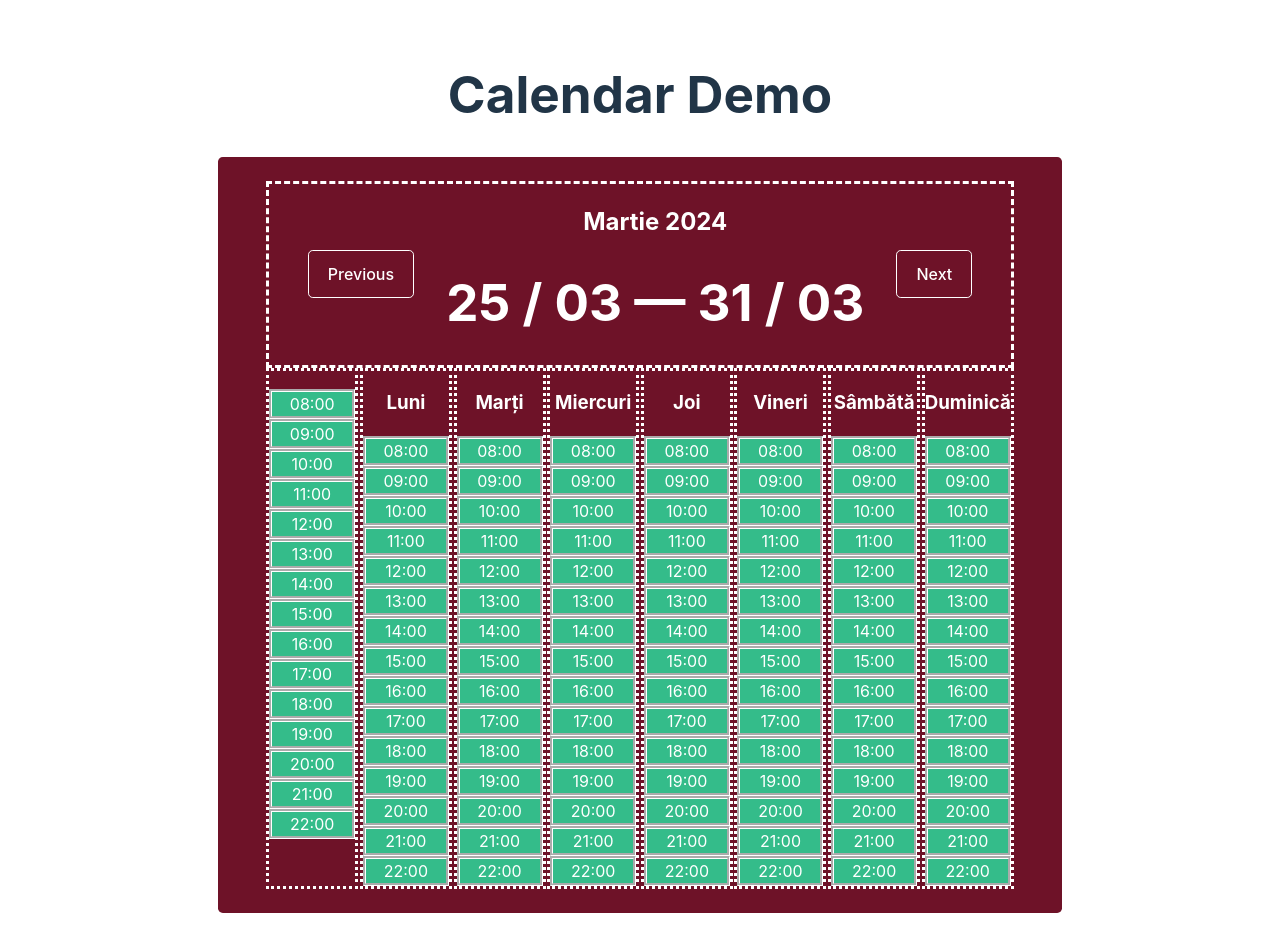
Repository: Maryie-B/weekly-calendar-scheduler
Page: /
The author's editor kept a copy of each file at every save. The page is drawn from the files as they stood at one save, then again after the next save.
The browser window is 1280 px wide. The pictures show the whole page.
The project was rebuilt for these pictures with package versions that can differ from the ones it lists, and the page was loaded fresh each time. Also part of the build but not shown: vite.config.js.

Above is the page before, as saved 2024-03-26 15:47:24.

### src/App.jsx
import './App.css'
import CalendarHeader from './CalendarHeader'
import CalendarDays from './CalendarDays'

function App() {

  return (
    <>
      <h1>Calendar Demo</h1>
      <div className='calendar-wrapper'>

        <CalendarHeader />
        <CalendarDays />
      </div>
    </>
  )
}

export default App

### src/App.css
#root {
  max-width: 1280px;
  margin: 0 auto;
  padding: 2rem;
  text-align: center;
}

.calendar-wrapper {
  background-color: rgb(110, 18, 40);
  color: white;
  padding: 1.5rem 3rem;
  border-radius: 0.3rem;
}

.calendar-header {
  display: flex;
  flex-direction: row;
  border-color: white;
  border-style: dashed;
  align-items: center;
  justify-content: center;
}


.calendar-button {
  background-color: rgba(0, 0, 0, 0);
  height: 3rem;
  align-items: center;
  justify-content: center;
  border-color: white;
  border-radius: 0.3rem;
  color: white;
  font-size: 1rem;
  margin: 1rem;
}

.calendar-text {
  padding: 0rem 1rem;
}

.calendar-days-wrapper {
  display: grid;
  gap: 0.1rem;
  text-align: center;
  grid-template-columns: repeat(8, 1fr);
}

.days-header {
  border-color: white;
  border-style: dotted;
  min-height: 2rem;
}

.hour-intervals {
  background-color: rgb(52, 188, 138);
  border-color: white;
  border-style: groove;
}

### src/CalendarHeader.jsx
import { useState, useEffect } from "react";

const CalendarHeader = () => {
  const [currentWeekStart, setCurrentWeekStart] = useState(() => {
      const now = new Date();
      const currentDay = now.getDay();
      const untilMonday = currentDay === 0 ? 6 : currentDay - 1;
      now.setDate(now.getDate() - untilMonday);
      return now;
  });

  const [currentWeekEnd, setCurrentWeekEnd] = useState(() => {
    const end = new Date(currentWeekStart);
    end.setDate(currentWeekStart.getDate() + 6);
    return end;
  });

  useEffect(() => {
    const end = new Date(currentWeekStart);
    end.setDate(currentWeekStart.getDate() + 6);
    console.log(end, '- from useEffect');
    setCurrentWeekEnd(end);
  }, [currentWeekStart]);

  const handleGoToPreviousWeek = () => {
    setCurrentWeekStart((prevDate) => {
        const newDate = new Date(prevDate);
        newDate.setDate(newDate.getDate() - 7);
        console.log(newDate, '-- from handleGoToPrevWeek');
        return newDate;
    });
  };

  const handleGoToNextWeek = () => {
    setCurrentWeekStart((prevDate) => {
        const newDate = new Date(prevDate);
        newDate.setDate(newDate.getDate() + 7);
        console.log(newDate, '-from handle NEXTdate');
        return newDate;
    });
  };

  const startMonth = currentWeekStart.getMonth();
  const endMonth = currentWeekEnd.getMonth();
  const startYear = currentWeekStart.getFullYear();
  const endYear = currentWeekEnd.getFullYear();

  const monthsNames = ['Ianuarie', 'Februarie', 'Martie', 'Aprilie',
                        'Mai', 'Iunie', 'Iulie', 'August', 'Septembrie', 'Octombrie', 'Noiembrie', 'Decembrie'];

  let calendarHeader = `${monthsNames[startMonth]} ${startYear}`;
  if (startMonth !== endMonth || startYear !== endYear) {
    calendarHeader += ` — ${monthsNames[endMonth]} ${endYear} `
  }

  let weekStartMonthNumber = currentWeekStart.getMonth() + 1;
  let weekEndMonthNumber = currentWeekEnd.getMonth() + 1;

  weekStartMonthNumber = weekStartMonthNumber < 10 ? `0${weekStartMonthNumber}` : weekStartMonthNumber;
  weekEndMonthNumber = weekEndMonthNumber < 10 ? `0${weekEndMonthNumber}` : weekEndMonthNumber;

  const datesRange = `${currentWeekStart.getDate()} / ${weekStartMonthNumber} — ${currentWeekEnd.getDate()} / ${weekEndMonthNumber}`;

  return (
    <div className="calendar-header">
        <button className='calendar-button' onClick={handleGoToPreviousWeek}>Previous</button>
        <div className="calendar-text">
        <h2>{calendarHeader}</h2>
        <h1>{datesRange}</h1>
        </div>
        <button className='calendar-button' onClick={handleGoToNextWeek}>Next</button>
    </div>
  )
}

export default CalendarHeader;

### src/CalendarDays.jsx
import { useState } from "react"

const CalendarDays = () => {
  const weekDays = [' ', 'Luni', 'Marți', 'Miercuri', 'Joi', 'Vineri', 'Sâmbătă', 'Duminică']

  const hours = [];
  for (let i = 8; i <= 22; i++) {
    hours.push(i);
  }


  return (
    <div className="calendar-days-wrapper">
      {weekDays.map((day, index) => {
        return (

        <div className="days-header" key={index}>
           <h3>{day}</h3>
           {hours.map((hour) => {
               return (
                   <div className="hour-intervals" key={hour}>{hour < 10 ? `0${hour}:00` : `${hour}:00`}</div>
               )
           })}
        </div>
        )
      })}
    </div>
  )
}

export default CalendarDays

Loaded but not shown: index.html (common file); src/main.jsx (common file); src/index.css (common file)

After the next save:
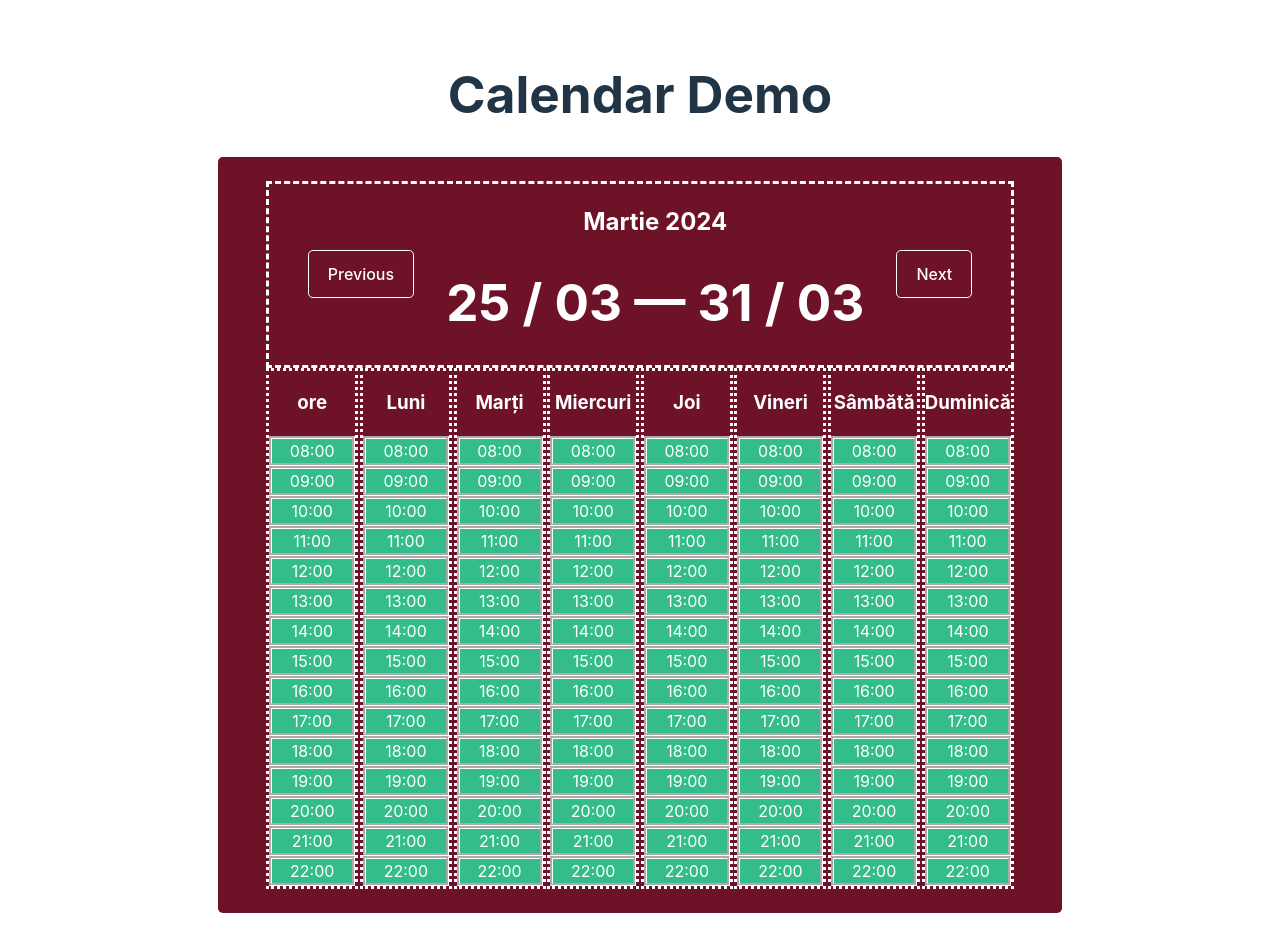
Saved 83 s later.
--- a/src/CalendarDays.jsx
+++ b/src/CalendarDays.jsx
@@ -1,7 +1,7 @@
 import { useState } from "react"
 
 const CalendarDays = () => {
-  const weekDays = [' ', 'Luni', 'Marți', 'Miercuri', 'Joi', 'Vineri', 'Sâmbătă', 'Duminică']
+  const weekDays = ['ore ', 'Luni', 'Marți', 'Miercuri', 'Joi', 'Vineri', 'Sâmbătă', 'Duminică']
 
   const hours = [];
   for (let i = 8; i <= 22; i++) {
